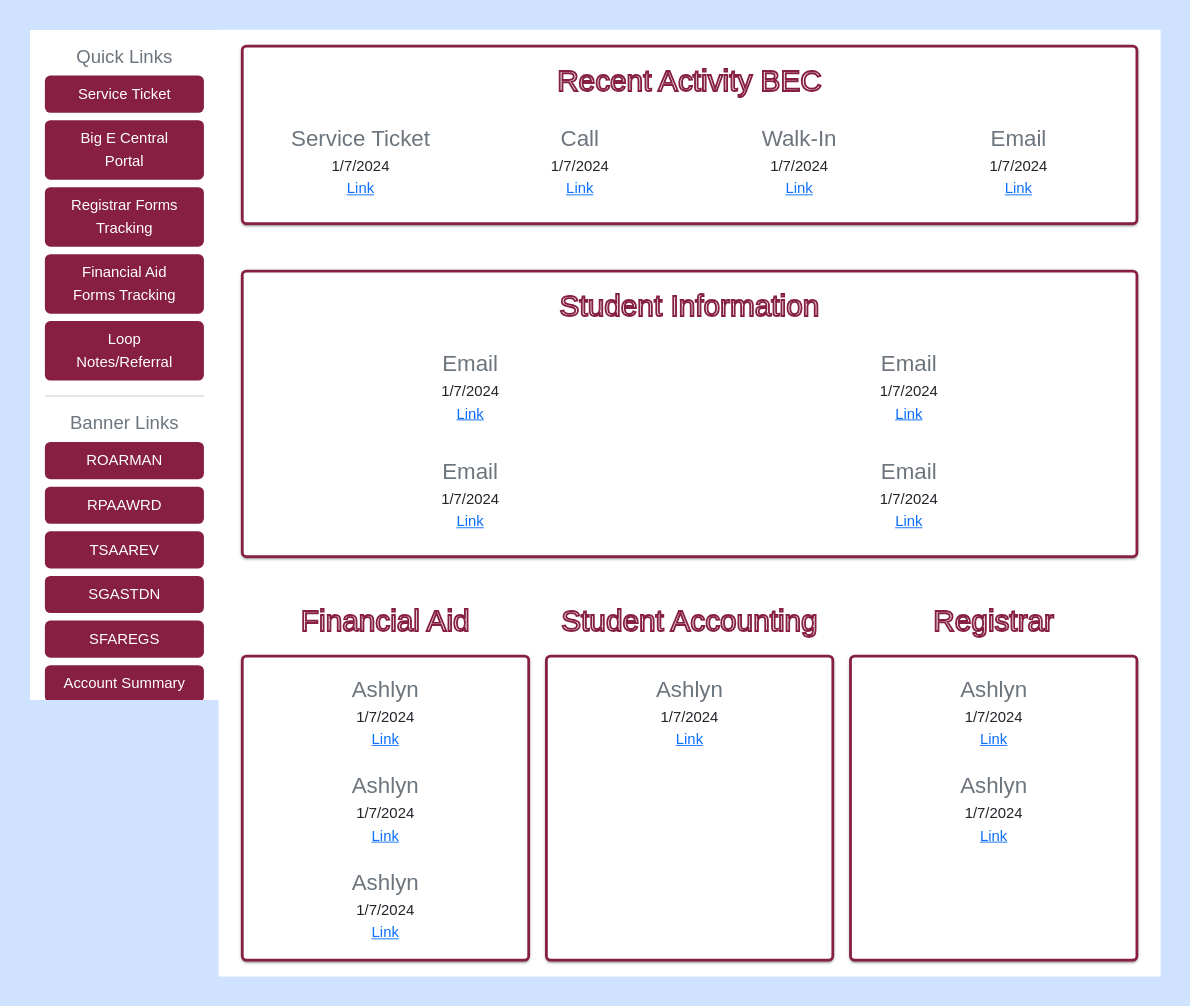
Repository: chancellor-w-whitaker/bec-tab
Page: /
These files come from the project's save history. The page is drawn as it stood at one moment and after the next save; the edit follows.
The browser window is 1280 px wide. The pictures show the whole page, at 93% of full size.
Some web fonts or font styles are not loaded; a fallback is used. The project was rebuilt for these pictures with package versions that can differ from the ones it lists, and the page was loaded fresh each time. Also part of the build but not shown: vite.config.js.

Above is the page before, as saved 2024-01-07 22:36:56.

After the next save:
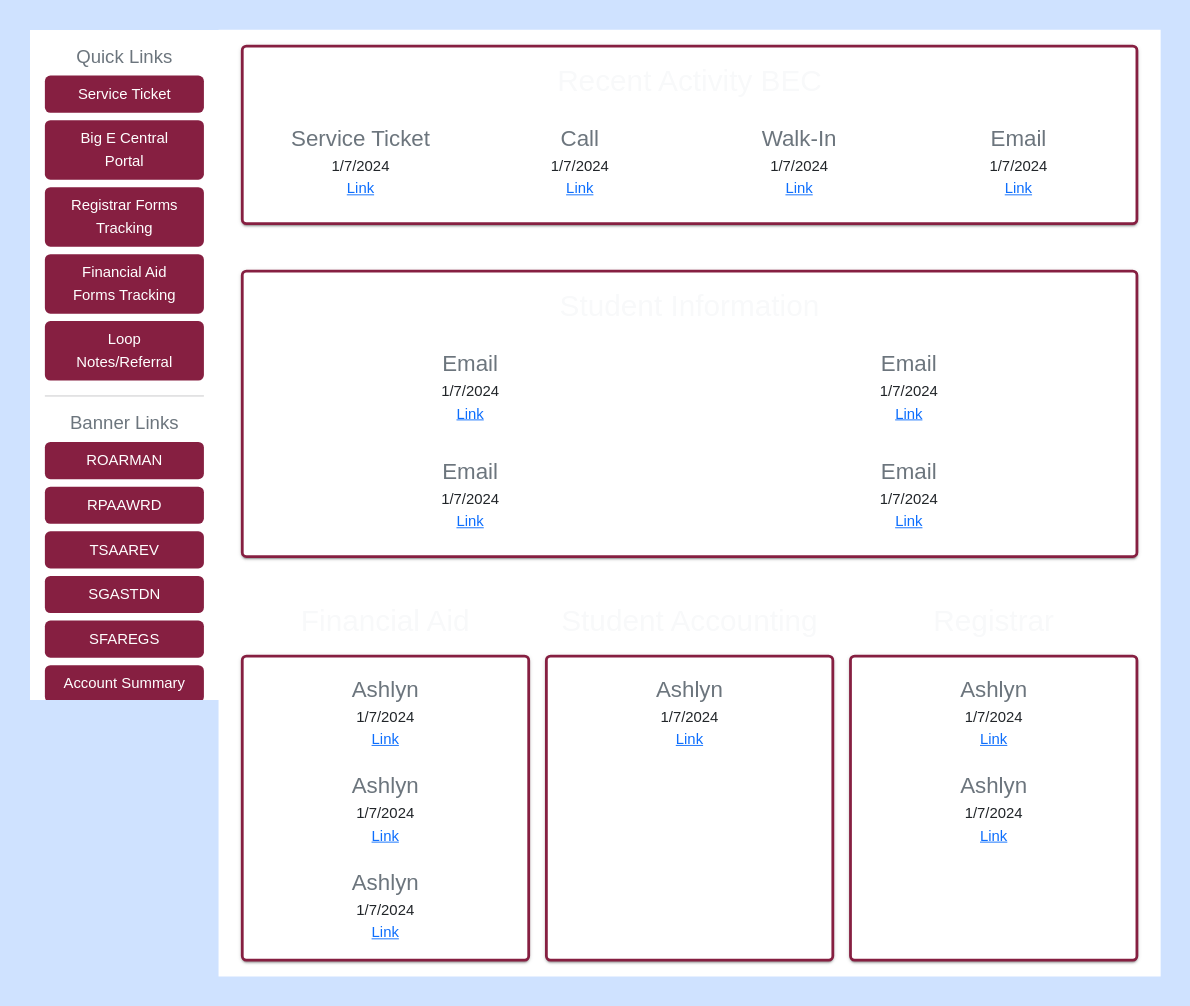
Saved 9 s later.
--- a/src/index.css
+++ b/src/index.css
@@ -290,16 +290,3 @@
     height: 100vh;
   }
 }
-
-.text-outline {
-  text-shadow: 1.41px 1.41px #861f41, 2px 0 #861f41, 1.41px -1.41px #861f41,
-    0 -2px #861f41, -1.41px -1.41px #861f41, -2px 0 #861f41,
-    -1.41px 1.41px #861f41, 0 2px #861f41;
-}
-
-@supports (-webkit-text-stroke: 1px #861f41) {
-  .text-outline {
-    -webkit-text-stroke: 2px #861f41;
-    text-shadow: none;
-  }
-}
